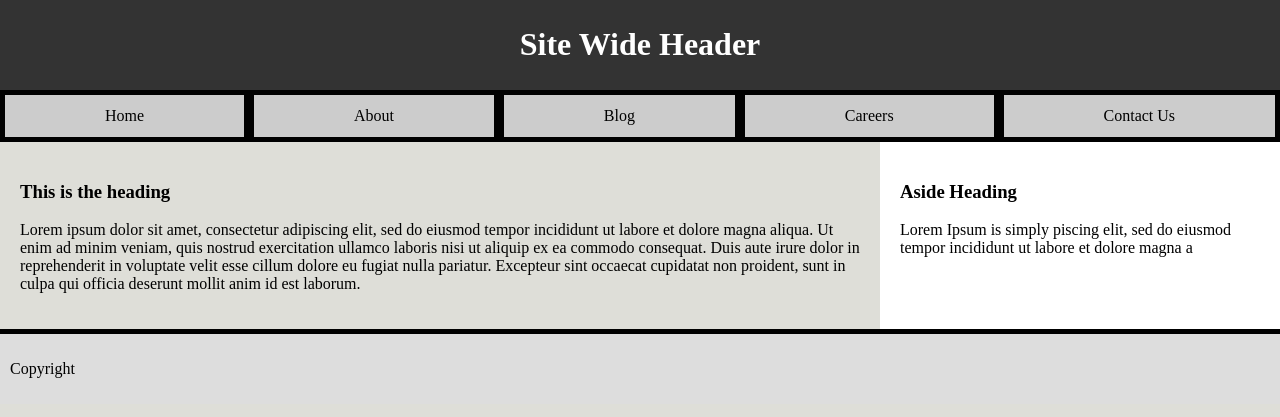
Repository: ayeza-baseer/AssignmentFlexbox
Page: assignment.html
The author's editor kept a copy of each file at every save. The page is drawn from the files as they stood at one save, then again after the next save.
The browser window is 1280 px wide. The pictures show the whole page.

Above is the page before, as saved 2023-03-17 14:46:37.

### assignment.html
<!DOCTYPE html>
<html lang="en">
<head>
    <title>Assignment</title>
    <link rel="stylesheet" href="assignment.css">


</head>
<body>
<div>
    <header class="header"><h1>
        Site Wide Header
    </h1></header>
    <div class="navbar">
        <a href="#">Home</a>
        <a href="#">About</a>
        <a href="#">Blog</a>
        <a href="#">Careers</a>
        <a href="#">Contact Us</a>
      </div>
    <div class="row">
      <div class="main">
        <h3>This is the heading</h3>
        <p>Lorem ipsum dolor sit amet, consectetur adipiscing elit, sed do eiusmod tempor incididunt ut labore et dolore magna aliqua. Ut enim ad minim veniam, quis nostrud exercitation ullamco laboris nisi ut aliquip ex ea commodo consequat. Duis aute irure dolor in reprehenderit in voluptate velit esse cillum dolore eu fugiat nulla pariatur. Excepteur sint occaecat cupidatat non proident, sunt in culpa qui officia deserunt mollit anim id est laborum.</p>
      </div>
      <div class="aside">
        <h3>Aside Heading</h3>
        <p>Lorem Ipsum is simply  piscing elit, sed do eiusmod tempor incididunt ut labore et dolore magna a</p>
      </div>
    </div>
</div>

<footer class="footer">
    <p>Copyright</p>
</footer>

</body>
</html>

### assignment.css
.header {
  padding: 5px;
  background-color: #333;
  color: #ccc;

  text-align: center;

  color: white;
}

body {
  margin: 0;
  background-color: #deded8;
}

.navbar {
  display: flex;
  background-color: black;
}

.navbar a {
  color: black;

  background-color: #ccc;
  padding: 12px 12px;
  text-decoration: none;
  text-align: center;
  flex-grow: 1;
  border: 5px solid black;
}

.navbar a:hover {
  color: red;
  border: 5px solid red;
}

.row {
  display: flex;
  flex-direction: row;
}

.aside {
  flex: 1 1 30%;
  background-color: white;

  padding: 20px;
}

/* Main column */
.main {
  flex: 1 1 70%;
  padding: 20px;
}

.footer {

    padding: 10px;
    border-top: 5px solid black;
    background: #ddd;
  }




  @media  screen and (max-width: 425px) {
    .row {
        flex-direction: column;
      }

      .navbar{
        display: none;
      }
  }

After the next save:
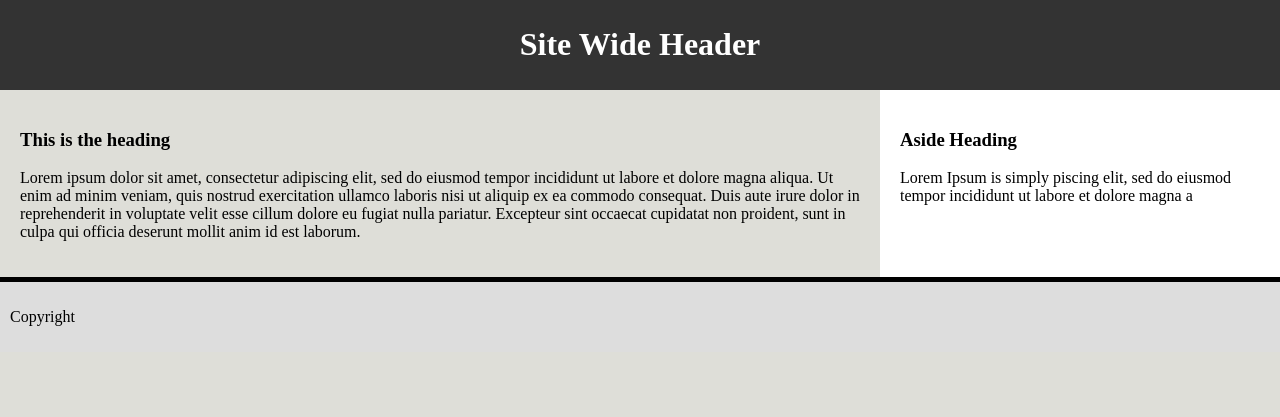
Saved 7 min 15 s later.
--- a/assignment.css
+++ b/assignment.css
@@ -71,3 +71,9 @@ body {
         display: none;
       }
   }
+
+  @media screen and (min-width: 421px) {
+    .navbar{
+        display: none;
+      }
+  }
